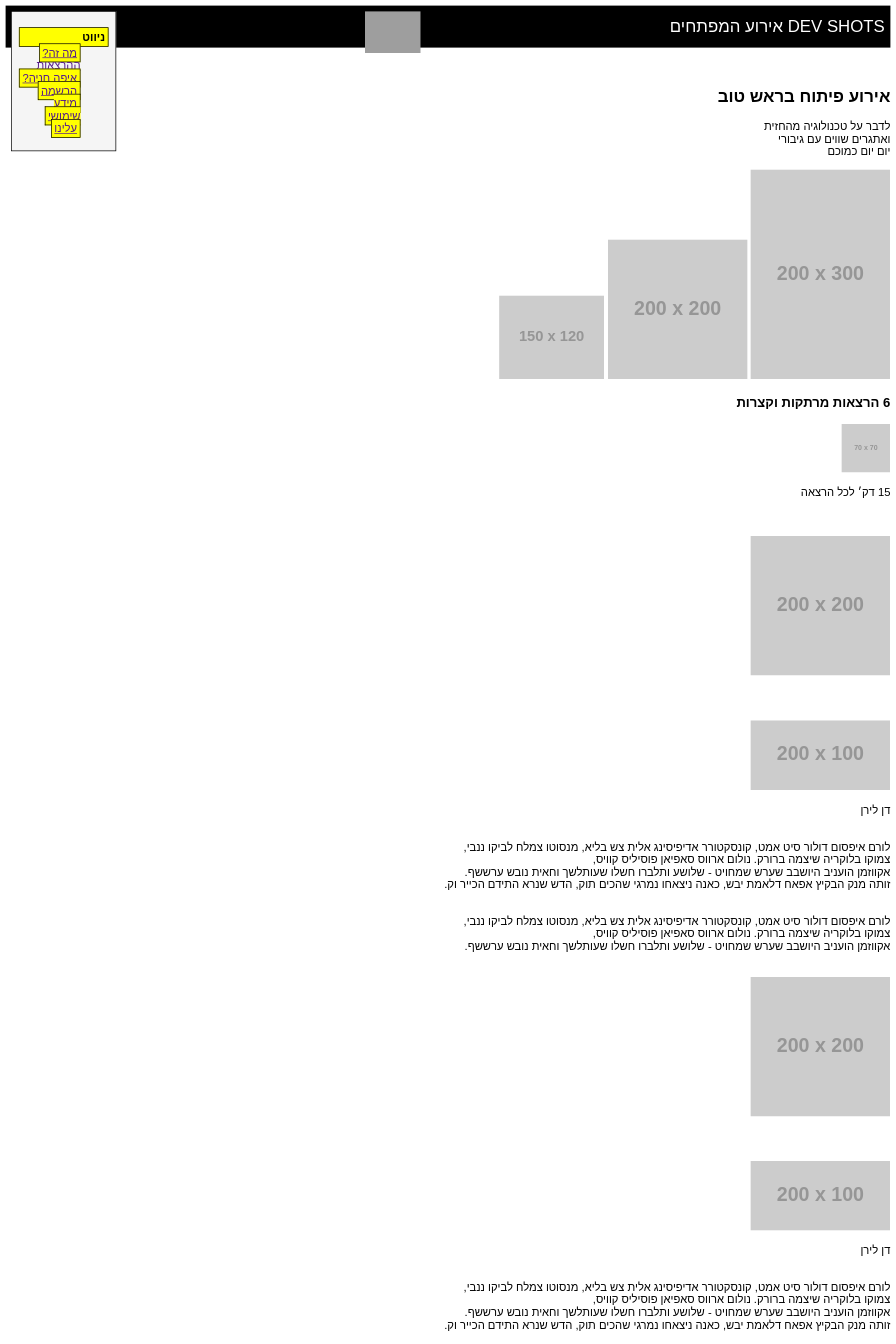
Repository: Julian-Escobar/DevShots
Page: index.html
These files come from the project's save history. The page is drawn as it stood at one moment and after the next save; the edit follows.
The browser window is 1280 px wide. The pictures show the part of the page from y = 0 to 1920 px (the page is 7870 px tall), at 70% of full size.
Pictures or frames that could not be fetched are drawn as grey boxes.

Above is the page before, as saved 2018-08-25 17:04:00.

### index.html
<!DOCTYPE HTML>
<html>
  <head>
      <link rel="stylesheet" href="style.css">
        <style>

                body{
                    text-align: right;
                    direction: rtl;
                }
        </style>
  </head>
  <body>
      <!--header-->
       <header>
        <h2 class="title">   DEV SHOTS אירוע המפתחים  </h2>
       <div ><a ></a><img class="netcraftlogo" src="https://cdn.dribbble.com/users/277968/screenshots/1639449/netcraftdev_1x.png" alt="netcraft logo"></a> </div>
        <div class="dropdownnav"> <nav>
            <dl>
              <dt ><div class="navtitle"> <b>ניווט</b> </div></dt>
              <div class="navbox"><dd><a class="navlink" href=""> מה זה? </a></dd></div>
                <dd><div class="navbox"><a class="nav link" href=""> ההרצאות </a> </div></dd>
                <dd><div class="navbox"><a class="navlink" href=""> איפה חניה? </a></div> </dd>
                <dd><div class="navbox"><a class="navlink" href=""> הרשמה </a> </div></dd>
                <dd><div class="navbox"><a class="navlink" href=""> מידע שימושי </a></div></dd>
                <dd><div class="navbox"><a class="navlink" href=""> עלינו </a> </div> </dd>
            </dl>
        </nav> </div>
       </header>
       <br> <br>

       <!--section 1-->
       <section class="section1 conteiner" >
               <div> <h1 class="secondtitle">אירוע פיתוח בראש טוב</h1>
                     <p> לדבר על טכנולוגיה מהחזית <br>ואתגרים שווים עם גיבורי<br> יום יום כמוכם</p>
               </div>
          <a class="robot 1"href="https://placeholder.com"><img src="https://via.placeholder.com/200x300" alt="robot1 image"></a>
          <a class="robot 2"href="https://placeholder.com"><img src="https://via.placeholder.com/200x200" alt="robot2 image"></a>
          <a class="robot 3"href="https://placeholder.com"><img src="https://via.placeholder.com/150x120" alt="robot3 image"></a>
       </section>

              <!--section 2 lectures-->
        <section class="section2 conteiner">
                    <h3>6 הרצאות מרתקות וקצרות</h3>
                    <div class="lecture time"> <a class="clock icon"href="https://placeholder.com"><img src="https://via.placeholder.com/70x70"alt="clock icon"> </a>
                    <p>15 דק׳ לכל הרצאה</p></div>
                    <br>
                    <br>

                  <article class="lecture container">
                            <a class="prof picture"href="https://placeholder.com"><img src="https://via.placeholder.com/200x200" alt="lecturer photo"></a>
                             <h3 class="card title">חומריות בעולם הגידיטל</h3>
                             <a class="bubble image"href="https://placeholder.com"><img src="https://via.placeholder.com/200x100"alt="bubble image"></a>
                                <p class="prof name">דן לירן</p> </div>
                                <p class=><br>לורם איפסום דולור סיט אמט, קונסקטורר אדיפיסינג אלית צש בליא, מנסוטו צמלח לביקו ננבי,
                                        <br>צמוקו בלוקריה שיצמה ברורק. נולום ארווס סאפיאן פוסיליס קוויס,
                                        <br>אקווזמן הועניב היושבב שערש שמחויט - שלושע ותלברו חשלו שעותלשך וחאית נובש ערששף.
                                        <br> זותה מנק הבקיץ אפאח דלאמת יבש, כאנה ניצאחו נמרגי שהכים תוק, הדש שנרא התידם הכייר וק.</p>
                                    <p><br>לורם איפסום דולור סיט אמט, קונסקטורר אדיפיסינג אלית צש בליא, מנסוטו צמלח לביקו ננבי,
                                        <br> צמוקו בלוקריה שיצמה ברורק. נולום ארווס סאפיאן פוסיליס קוויס,
                                        <br>  אקווזמן הועניב היושבב שערש שמחויט - שלושע ותלברו חשלו שעותלשך וחאית נובש ערששף. </p>

                 </article>
                 <br>
                 <article class="lecture container">
                        <a class="prof picture"href="https://placeholder.com"><img src="https://via.placeholder.com/200x200"alt="lecturer photo"></a>
                         <h3 class="card title">חומריות בעולם הגידיטל</h3>
                         <a class="bubble image"href="https://placeholder.com"><img src="https://via.placeholder.com/200x100"alt="bubble image"></a>
                            <p class="prof name">דן לירן</p> </div>
                            <p class=><br>לורם איפסום דולור סיט אמט, קונסקטורר אדיפיסינג אלית צש בליא, מנסוטו צמלח לביקו ננבי,
                                    <br>צמוקו בלוקריה שיצמה ברורק. נולום ארווס סאפיאן פוסיליס קוויס,
                                    <br>אקווזמן הועניב היושבב שערש שמחויט - שלושע ותלברו חשלו שעותלשך וחאית נובש ערששף.
                                    <br> זותה מנק הבקיץ אפאח דלאמת יבש, כאנה ניצאחו נמרגי שהכים תוק, הדש שנרא התידם הכייר וק.</p>
                                <p><br>לורם איפסום דולור סיט אמט, קונסקטורר אדיפיסינג אלית צש בליא, מנסוטו צמלח לביקו ננבי,
                                    <br> צמוקו בלוקריה שיצמה ברורק. נולום ארווס סאפיאן פוסיליס קוויס,
                                    <br>  אקווזמן הועניב היושבב שערש שמחויט - שלושע ותלברו חשלו שעותלשך וחאית נובש ערששף. </p>

             </article>

             <br>
             <article class="lecture container">
                    <a class="prof picture"href="https://placeholder.com"><img src="https://via.placeholder.com/200x200"alt="lecturer photo"></a>
                    <h3 class="card title">חומריות בעולם הגידיטל</h3>
                     <a class="bubble image"href="https://placeholder.com"><img src="https://via.placeholder.com/200x100"alt="bubble image"></a>
                        <p class="prof name">דן לירן</p> </div>
                        <p class=><br>לורם איפסום דולור סיט אמט, קונסקטורר אדיפיסינג אלית צש בליא, מנסוטו צמלח לביקו ננבי,
                                <br>צמוקו בלוקריה שיצמה ברורק. נולום ארווס סאפיאן פוסיליס קוויס,
                                <br>אקווזמן הועניב היושבב שערש שמחויט - שלושע ותלברו חשלו שעותלשך וחאית נובש ערששף.
                                <br> זותה מנק הבקיץ אפאח דלאמת יבש, כאנה ניצאחו נמרגי שהכים תוק, הדש שנרא התידם הכייר וק.</p>
                            <p><br>לורם איפסום דולור סיט אמט, קונסקטורר אדיפיסינג אלית צש בליא, מנסוטו צמלח לביקו ננבי,
                                <br> צמוקו בלוקריה שיצמה ברורק. נולום ארווס סאפיאן פוסיליס קוויס,
                                <br>  אקווזמן הועניב היושבב שערש שמחויט - שלושע ותלברו חשלו שעותלשך וחאית נובש ערששף. </p>

         </article>
         <br>

         <article class="lecture container">
                <a class="prof picture"href="https://placeholder.com"><img src="https://via.placeholder.com/200x200"alt="lecturer photo"></a>
                <h3 class="card title">חומריות בעולם הגידיטל</h3>
                <a class="bubble image"href="https://placeholder.com"><img src="https://via.placeholder.com/200x100"alt="bubble image"></a>
                    <p class="prof name">דן לירן</p> </div>
                    <p class=><br>לורם איפסום דולור סיט אמט, קונסקטורר אדיפיסינג אלית צש בליא, מנסוטו צמלח לביקו ננבי,
                            <br>צמוקו בלוקריה שיצמה ברורק. נולום ארווס סאפיאן פוסיליס קוויס,
                            <br>אקווזמן הועניב היושבב שערש שמחויט - שלושע ותלברו חשלו שעותלשך וחאית נובש ערששף.
                            <br> זותה מנק הבקיץ אפאח דלאמת יבש, כאנה ניצאחו נמרגי שהכים תוק, הדש שנרא התידם הכייר וק.</p>
                        <p><br>לורם איפסום דולור סיט אמט, קונסקטורר אדיפיסינג אלית צש בליא, מנסוטו צמלח לביקו ננבי,
                            <br> צמוקו בלוקריה שיצמה ברורק. נולום ארווס סאפיאן פוסיליס קוויס,
                            <br>  אקווזמן הועניב היושבב שערש שמחויט - שלושע ותלברו חשלו שעותלשך וחאית נובש ערששף. </p>

     </article>
     <br>

     <article class="lecture container">
            <a class="prof picture"href="https://placeholder.com"><img src="https://via.placeholder.com/200x200"alt="lecturer photo"></a>
             <h3 class="card title">חומריות בעולם הגידיטל</h3>
             <a class="bubble image"href="https://placeholder.com"><img src="https://via.placeholder.com/200x100"alt="bubble image"></a>
                <p class="prof name">דן לירן</p> </div>
                <p class=><br>לורם איפסום דולור סיט אמט, קונסקטורר אדיפיסינג אלית צש בליא, מנסוטו צמלח לביקו ננבי,
                        <br>צמוקו בלוקריה שיצמה ברורק. נולום ארווס סאפיאן פוסיליס קוויס,
                        <br>אקווזמן הועניב היושבב שערש שמחויט - שלושע ותלברו חשלו שעותלשך וחאית נובש ערששף.
                        <br> זותה מנק הבקיץ אפאח דלאמת יבש, כאנה ניצאחו נמרגי שהכים תוק, הדש שנרא התידם הכייר וק.</p>
                    <p><br>לורם איפסום דולור סיט אמט, קונסקטורר אדיפיסינג אלית צש בליא, מנסוטו צמלח לביקו ננבי,
                        <br> צמוקו בלוקריה שיצמה ברורק. נולום ארווס סאפיאן פוסיליס קוויס,
                        <br>  אקווזמן הועניב היושבב שערש שמחויט - שלושע ותלברו חשלו שעותלשך וחאית נובש ערששף. </p>

 </article>

 <br>
 <article class="lecture container">
        <a class="prof picture"href="https://placeholder.com"><img src="https://via.placeholder.com/200x200"alt="lecturer photo"></a>
         <h3 class="card title">חומריות בעולם הגידיטל</h3>
         <a class="bubble image"href="https://placeholder.com"><img src="https://via.placeholder.com/200x100"alt="bubble image"></a>
            <p class="prof name">דן לירן</p> </div>
            <p class=><br>לורם איפסום דולור סיט אמט, קונסקטורר אדיפיסינג אלית צש בליא, מנסוטו צמלח לביקו ננבי,
                    <br>צמוקו בלוקריה שיצמה ברורק. נולום ארווס סאפיאן פוסיליס קוויס,
                    <br>אקווזמן הועניב היושבב שערש שמחויט - שלושע ותלברו חשלו שעותלשך וחאית נובש ערששף.
                    <br> זותה מנק הבקיץ אפאח דלאמת יבש, כאנה ניצאחו נמרגי שהכים תוק, הדש שנרא התידם הכייר וק.</p>
                <p><br>לורם איפסום דולור סיט אמט, קונסקטורר אדיפיסינג אלית צש בליא, מנסוטו צמלח לביקו ננבי,
                    <br> צמוקו בלוקריה שיצמה ברורק. נולום ארווס סאפיאן פוסיליס קוויס,
                    <br>  אקווזמן הועניב היושבב שערש שמחויט - שלושע ותלברו חשלו שעותלשך וחאית נובש ערששף. </p>
</article>
<div> <a class="robot4"> <img src="https://via.placeholder.com/70x70"alt="robot4 image"> </a></div>
</section>


<!--section 3 directions-->

<section>
    <article>
    <h4> אז איפה שמים את האוטו?</h4>
    <p>ועוד כמה פרטים חשובים...</p>
    <p> הערב יערך במועדון הסבל</p>
    <address> דרך שלומו 53, תל אביב</address>
 <div class="buses container">
       <hr class=line1>
       <p>מתכנסים בשעה</p>
       <p><big> 18:30 </big></p>
       <hr class=line1>
       <dl>
            <dt>חניה</dt>
              <hr class=line1>
              <dd>1. חניון אלי פלט</dd>
              <dd>2. רחוב אלפסי</dd>
              <dd>3. רחוב חיים בן אתר</dd>
       </dl>
 </div>

 <div class="buses container">
                <hr class=line1>
                <p>מתחילים בשעה:</p>
                <p><big> 19:00 </big></p>
                <hr class=line1>
                <dl>

                     <dt>אוטובוסים</dt>
                       <hr class=line1>
                       <dd>1. רכבת מרכז - 142,42</dd>
                       <dd>2. תחנה מרכזית - 163, 201, 96</dd>
                </dl>
 </div>
 <div class="map">
        <a class="map"> <img src="https://via.placeholder.com/400x400" alt="map image"> </a></div>
        <a class="lupa"> <img src="https://via.placeholder.com/15x15" alt="lupa icon"> </a></div>
        <a href="url">למפה המלאה</a>
</div> </article> </section>
<br>

<!--section 4 contact-->
<h5> הרשמה </h5>
<p>הכניסה היא בחינם אבל מספר המקומות מצומצם.</p>
<p> הערב יערך במועדון הסבנשמח אם תרשמו רק אם אתם מתכוונים להגיע- כדי שלא נסרב למישהו אחר</p>
<hr class=line3>
<p>כל הפרטים אישיים ישארו חסומים ולא נעביא אותם לאף אחד</p>
<hr class=line3>
<br>
<br>

<form action="" method="post">
    <div>
        <label for="name">שם מלא</label>
        <input type="text" placeholder="פרטי וגם משפחה" id="name" name="user_name">
    </div>
    <div>
        <label for="position">תפקיד</label>
        <input  type="position" placeholder="מה אתם עושים ביום יום" id="position" name="user_position">
    </div>
    <div>
            <label for="organization">ארגון</label>
            <input  type="organization" placeholder="מי משלם לכם משכורת" id="organization" name="user_organization">
        </div>
    <div>
            <label for="phone">מספר טלפון</label>
            <input  type="phone" placeholder="או סלולרי, לנו זה לא איכפת" id="phone" name="user_phone">
        </div>
        <div>
                <label for="friends">יש חברים?</label>
                <input  type="friends" placeholder="יש מלא אבל אני בא לבד" id="friends" name="user_friends">
            </div>
            <button name="button">זהו שלח אותי</button>
    </form>
    <br>

<!--section 5 Useful information-->

<section>
    <h6><big>מידע שימושי</big></h6>

    <article> <div class="card2"> <a class="card2 image"> <img src="https://via.placeholder.com/100x100"alt="card image"></a><h3 class="car2 title">קונסקטורר אדיפיסינג אלית</h3>
        <p class="p card2">לורם איפסום דולור סיט אמט, קונסקטורר אדיפיסינג אלית נולום ארווס סאפיאן - פוסיליס קוויס, אקווזמן קולורס מונפרד אדנדום סילקוף, מרגשי ומרגשח</p>
    </div></article>

    <article> <div class="card2"> <a class="card2 image"> <img src="https://via.placeholder.com/100x100"alt="card image"></a><h3 class="car2 title">קונסקטורר אדיפיסינג אלית</h3>
        <p class="p card2">לורם איפסום דולור סיט אמט, קונסקטורר אדיפיסינג אלית נולום ארווס סאפיאן - פוסיליס קוויס, אקווזמן קולורס מונפרד אדנדום סילקוף, מרגשי ומרגשח</p>
    </div></article>

    <article> <div class="card2"> <a class="card2 image"> <img src="https://via.placeholder.com/100x100"alt="card image"></a><h3 class="car2 title">קונסקטורר אדיפיסינג אלית</h3>
        <p class="p card2">לורם איפסום דולור סיט אמט, קונסקטורר אדיפיסינג אלית נולום ארווס סאפיאן - פוסיליס קוויס, אקווזמן קולורס מונפרד אדנדום סילקוף, מרגשי ומרגשח</p>
    </div></article>

    <article> <div class="card2"> <a class="card2 image"> <img src="https://via.placeholder.com/100x100"alt="card image"></a><h3 class="car2 title">קונסקטורר אדיפיסינג אלית</h3>
        <p class="p card2">לורם איפסום דולור סיט אמט, קונסקטורר אדיפיסינג אלית נולום ארווס סאפיאן - פוסיליס קוויס, אקווזמן קולורס מונפרד אדנדום סילקוף, מרגשי ומרגשח</p>
    </div></article>

    <article> <div class="card2"> <a class="card2 image"> <img src="https://via.placeholder.com/100x100"alt="card image"></a><h3 class="car2 title">קונסקטורר אדיפיסינג אלית</h3>
        <p class="p card2">לורם איפסום דולור סיט אמט, קונסקטורר אדיפיסינג אלית נולום ארווס סאפיאן - פוסיליס קוויס, אקווזמן קולורס מונפרד אדנדום סילקוף, מרגשי ומרגשח</p>
    </div></article>

    <article> <div class="card2"> <a class="card2 image"> <img src="https://via.placeholder.com/100x100"alt="card image"></a><h3 class="car2 title">קונסקטורר אדיפיסינג אלית</h3>
        <p class="p card2">לורם איפסום דולור סיט אמט, קונסקטורר אדיפיסינג אלית נולום ארווס סאפיאן - פוסיליס קוויס, אקווזמן קולורס מונפרד אדנדום סילקוף, מרגשי ומרגשח</p>
    </div></article>

    <a class="bottom robot"> <img src="https://via.placeholder.com/200x100"></a>
</section>

<!--section 6 footer-->
<section>
    <div class="footer div"><H3 class="footer title"> קצת עלינו</H3></div>
            <sec> <div class="footer components"> <a class="netcraft logo"> <img src="https://via.placeholder.com/100x30"alt="net craft logo"></a> </div>
            <div class="footer components"><p><b><big> נטפרפט </big></b>ורם איפסום דולור סיט אמט, קונסקטורר אדיפיסינג אלית נולום ארווס סאפיאן - פוסיליס קוויס, אקווזמן קולורס מונפרד אדנדום סילקוף, מרגשי ומרגשח. עמחליף גולר מונפרר סוברט</p></div>
            <div class="footer components"> <a class="logo"> <img src="https://via.placeholder.com/30x30"></a> <p>לורם איפסום דולור סיט אמט</p> </div>
            <div class="footer components"> <a class="logo"> <img src="https://via.placeholder.com/30x30"></a> <p>לורם איפסום דולור סיט אמט</p> </div>
            <div class="footer components"> <a class="logo"> <img src="https://via.placeholder.com/30x30"></a> <p>לורם איפסום דולור סיט אמט</p> </div>
            <div class="footer components"> <a class="logo"> <img src="https://via.placeholder.com/30x30"></a> <p>לורם איפסום דולור סיט אמט</p> </div>

            <div class="footer detail"> <p> איפסום דולור סיט אמט | איפסום דולור סיט אמט | איפסום דולור סיט אמט | some info@here </p> <a class="logo netcraft small"> <img src="https://via.placeholder.com/30x12"alt="netcraft logo"></a>  </div></sec>
</section>

  </body>
</html>

### style.css
html {
    -moz-box-sizing: border-box;
    box-sizing: border-box;
}

*,
*:before,
*:after {
    box-sizing: inherit;
}

@font-face {
    font-family: 'Rubik', sans-serif;
    src: url("hhttps://fonts.googleapis.com/css?family=Rubik" );
}

body{
    font-family: 'Rubik', sans-serif;
}
header{
    display: flex;
    padding: 8px;
    justify-content: space-between;
    align-content: center;
    background-color: black;
    height: 60px;
    }

.title {
    font-weight: 100;
    color: white;
    align-self: center;
}
.dropdownnav {
    display: flex;
    padding: 10px;
    width: 150px;
    height: 200px;
    align-items: center;
    background-color: whitesmoke;
    border: 1px solid black

}
.netcraftlogo {
    height:60px;
    align-self: center;

    }

    .navtitle {
        background-color: yellow;
        padding: 4px;
        border: 1px solid black
    }

    .navlink {
        background-color: yellow;
        padding: 4px;
        border: 1px solid black


    }

After the next save:
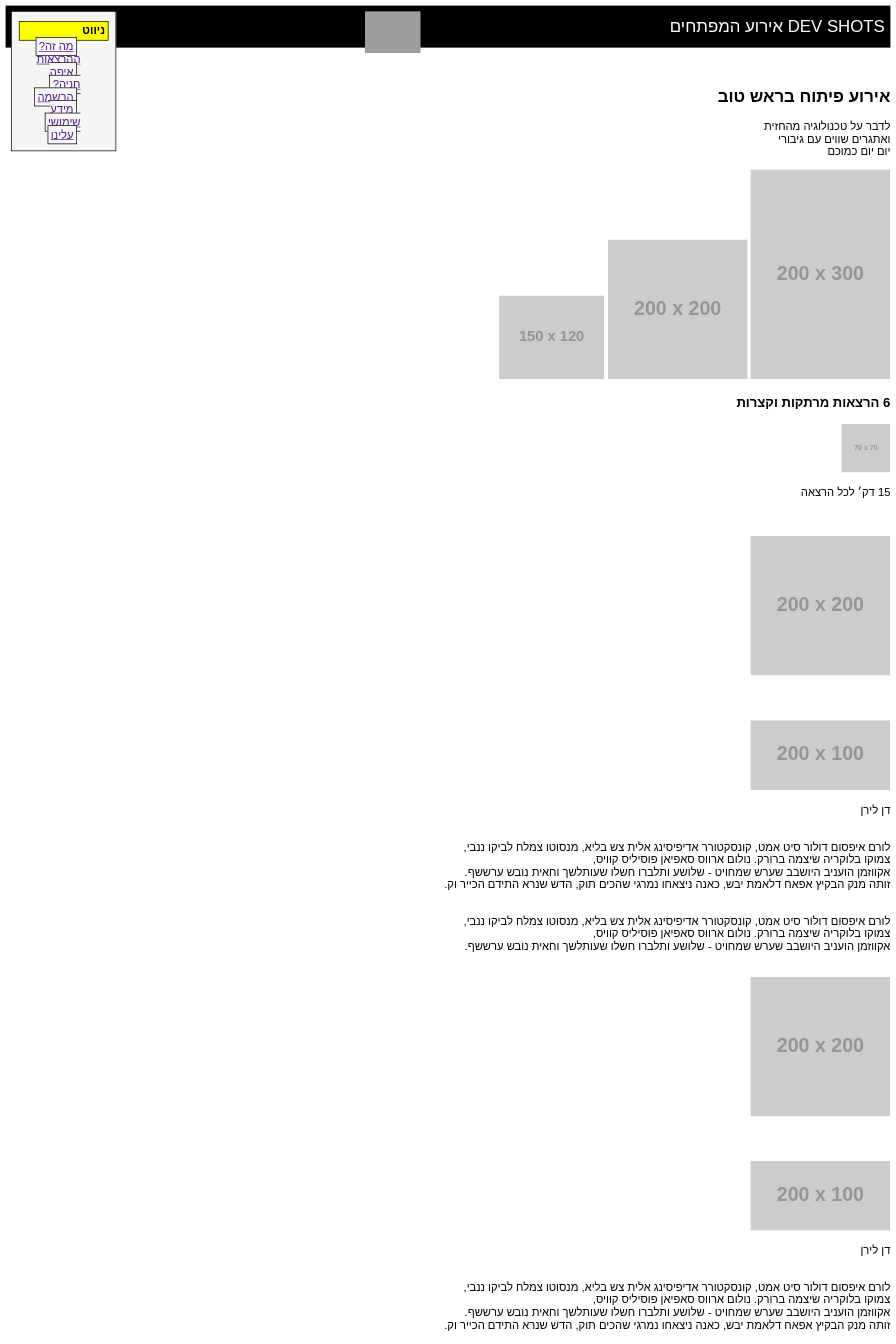
Saved 2 min 48 s later.
--- a/style.css
+++ b/style.css
@@ -54,9 +54,9 @@ header{
     }
 
     .navlink {
-        background-color: yellow;
+        background-color:rgb(247, 247, 247);
         padding: 4px;
-        border: 1px solid black
-
+        border: 1px solid black;
+margin: 5px;
 
     }
